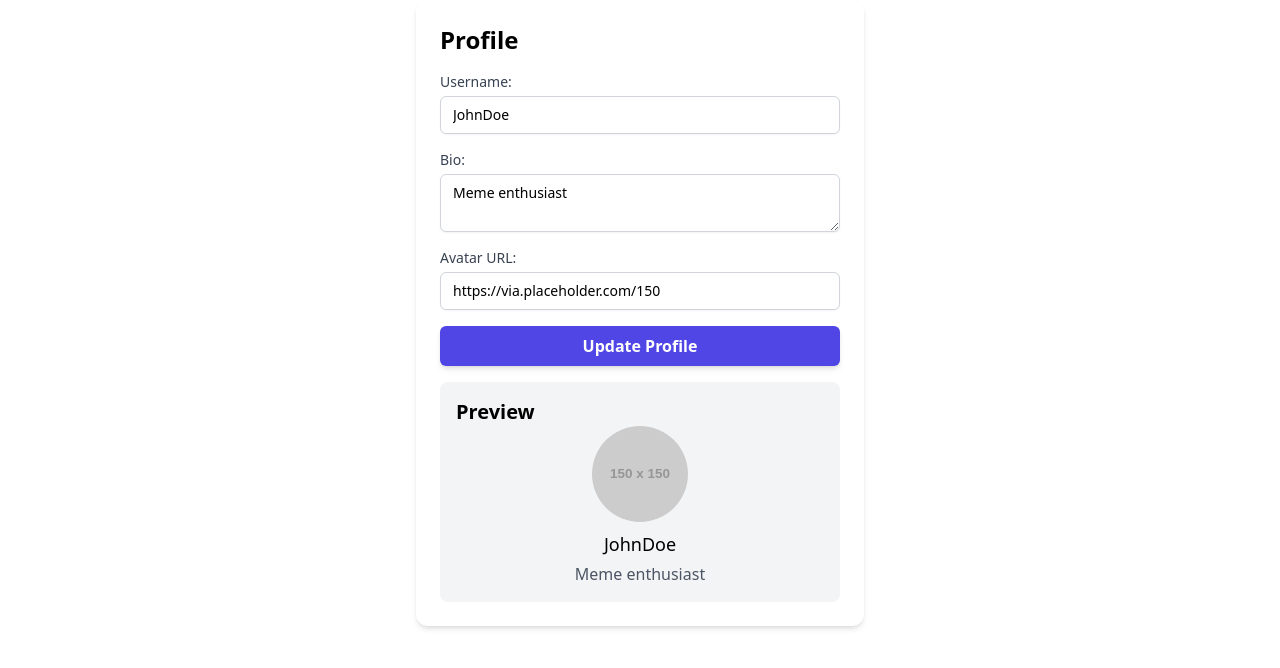
Repository: duresaguye/ethio_meme_social_media_app
Page: /profile
These files come from the project's save history. The page is drawn as it stood at one moment and after the next save; the edit follows.
The browser window is 1280 px wide. The pictures show the whole page.
The project was rebuilt for these pictures with package versions that can differ from the ones it lists, and the page was loaded fresh each time. The framework's server and built-in components were replaced by stand-ins that run in the browser. Also part of the build but not shown: next.config.mjs.

Above is the page before, as saved 2025-01-09 20:54:13.

After the next save:
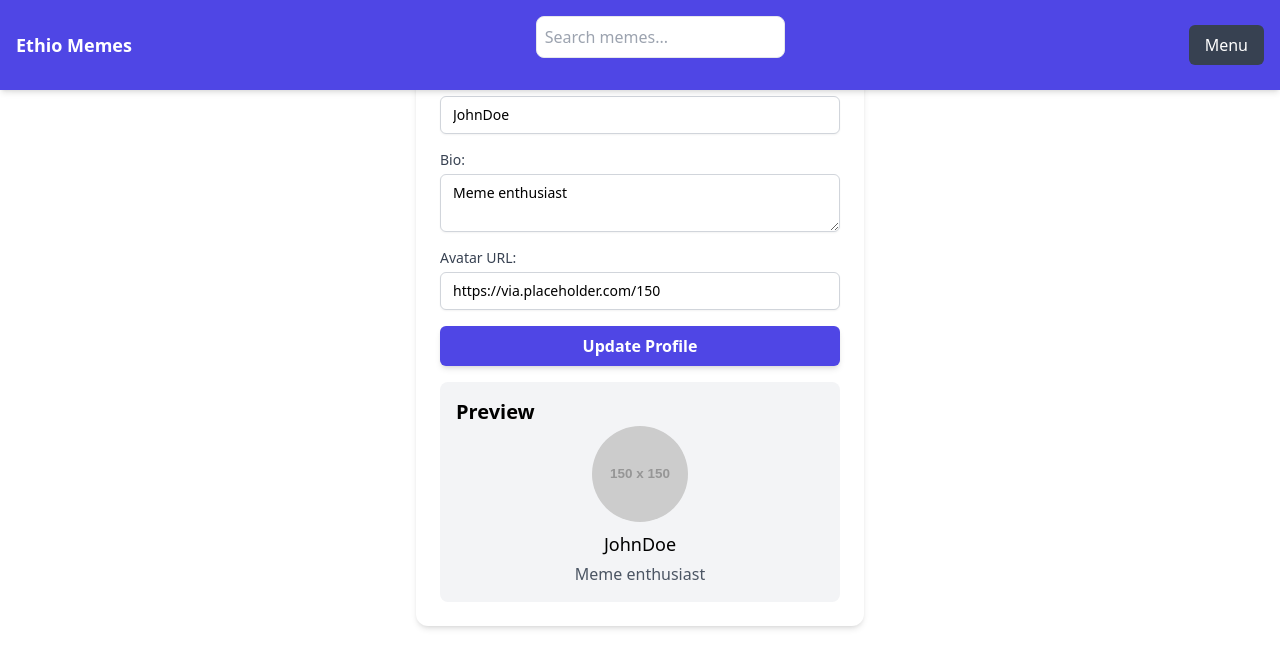
Saved 12 h 40 min later.
--- a/src/app/profile/page.jsx
+++ b/src/app/profile/page.jsx
@@ -1,12 +1,14 @@
 "use client";
 import React from 'react';
 import Profile from '../components/Profile';
+import Navbar from '../components/Navbar';
 
 const ProfilePage = () => {
     return (
-        <div>
+        <>
+            <Navbar />
             <Profile />
-        </div>
+        </>
     );
 };
 
